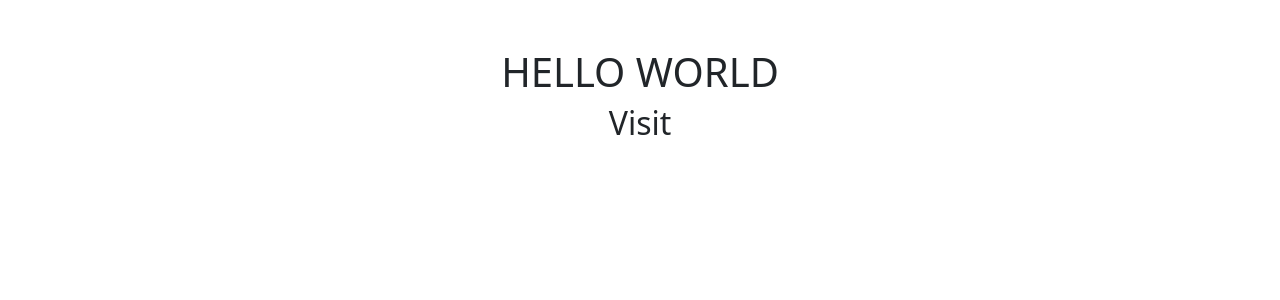
Repository: LorenzoPorrega/laravel-primi-passi
Page: http://localhost/
The author's editor kept a copy of each file at every save. The page is drawn from the files as they stood at one save, then again after the next save.
The browser window is 1280 px wide. The pictures show the whole page.
The page is served by the project's Laravel application, run on PHP 8.4 with Laravel 10. Other server files are loaded and not shown.

Above is the page before, as saved 2023-09-26 13:21:07.

### routes/web.php
<?php

use Illuminate\Support\Facades\Route;

/*
|--------------------------------------------------------------------------
| Web Routes
|--------------------------------------------------------------------------
|
| Here is where you can register web routes for your application. These
| routes are loaded by the RouteServiceProvider and all of them will
| be assigned to the "web" middleware group. Make something great!
|
*/

Route::get('/', function () {
    return view('home');
});

Route::get('/contacts', function () {
    return view('contacts');
});

### resources/views/home.blade.php
<!DOCTYPE html>
<html lang="it">
<head>
  <meta charset="UTF-8">
  <meta name="viewport" content="width=device-width, initial-scale=1.0">
  <title>Laravel Primi Passi</title>
  <!-- CUSTOM STYLE SHEET FILE LINK -->
  <link rel="stylesheet" href="./css/style.css">

  <!-- THIRD PARTY LIBRARIES -->
  <!-- BOOTSTRAP CDN -->
  <link href="https://cdn.jsdelivr.net/npm/bootstrap@5.3.0/dist/css/bootstrap.min.css" rel="stylesheet" integrity="sha384-9ndCyUaIbzAi2FUVXJi0CjmCapSmO7SnpJef0486qhLnuZ2cdeRhO02iuK6FUUVM" crossorigin="anonymous">
  <!-- FONTAWESOME CDN -->
  <link rel="stylesheet" href="https://cdnjs.cloudflare.com/ajax/libs/font-awesome/6.4.0/css/all.min.css" integrity="sha512-iecdLmaskl7CVkqkXNQ/ZH/XLlvWZOJyj7Yy7tcenmpD1ypASozpmT/E0iPtmFIB46ZmdtAc9eNBvH0H/ZpiBw==" crossorigin="anonymous" referrerpolicy="no-referrer" />
  <!-- STANDARD FAVICON TO AVOID CONSOLE ERRORS ON FIREFOX -->
  <link rel="icon"type="image/x-icon" href="https://boolean.careers/favicon/favicon.ico">
</head>
<body>
  <div class="container text-center mt-5">
    <h1>HELLO WORLD</h1>
    <h2>Visit</h2>
  </div>
</body>
<script src="./js/main.js"></script>
<script src="https://cdn.jsdelivr.net/npm/bootstrap@5.3.1/dist/js/bootstrap.bundle.min.js" integrity="sha384-HwwvtgBNo3bZJJLYd8oVXjrBZt8cqVSpeBNS5n7C8IVInixGAoxmnlMuBnhbgrkm" crossorigin="anonymous"></script>
</html>

After the next save:
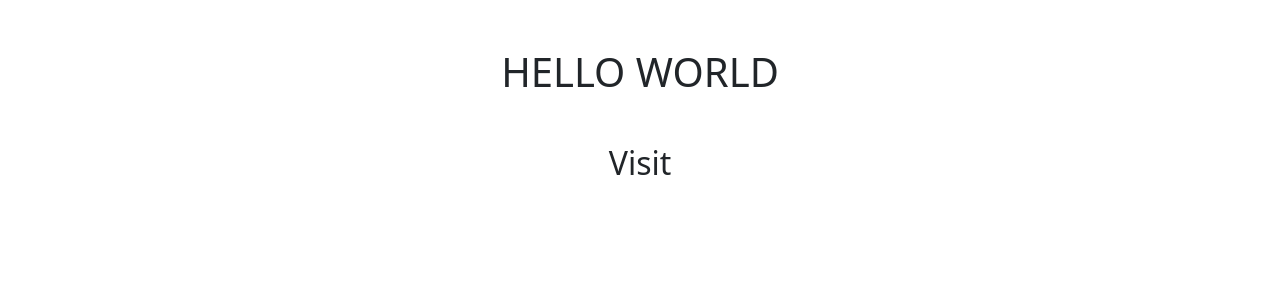
Saved 10 s later.
--- a/resources/views/home.blade.php
+++ b/resources/views/home.blade.php
@@ -18,7 +18,7 @@
 <body>
   <div class="container text-center mt-5">
     <h1>HELLO WORLD</h1>
-    <h2>Visit</h2>
+    <h2 class="mt-5">Visit</h2>
   </div>
 </body>
 <script src="./js/main.js"></script>
